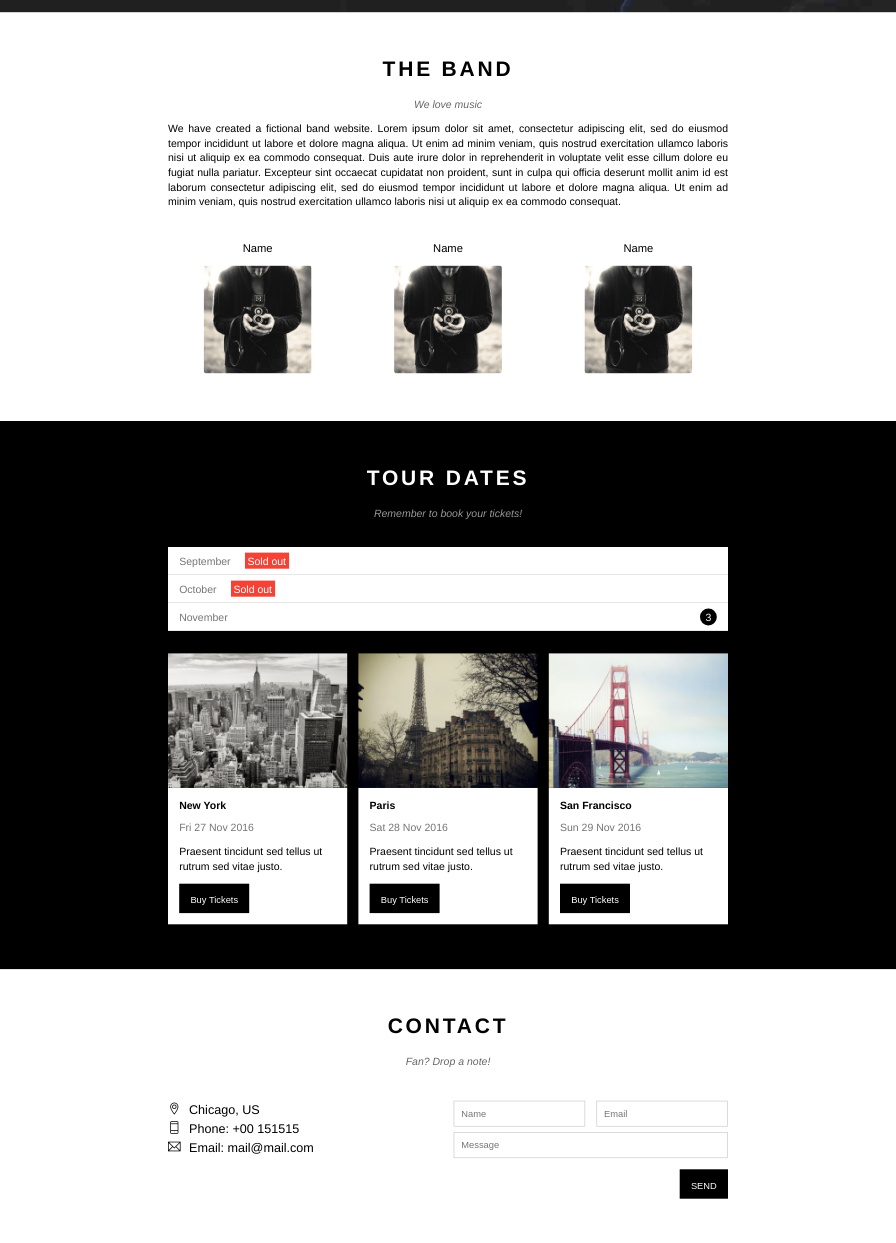
Repository: phongngotrong/w3school_reup
Page: index.html
An editor plug-in stored every save of this project. The page is shown before and after the next save, followed by the edit.
The browser window is 1280 px wide. The pictures show the part of the page from y = 669 to 2589 px (the page is 2445 px tall before and 2589 px after), at 70% of full size.

Above is the page before, as saved 2021-12-24 14:31:16.

### index.html
<!DOCTYPE html>
<html lang="en">
  <head>
    <meta charset="UTF-8" />
    <meta http-equiv="X-UA-Compatible" content="IE=edge" />
    <meta name="viewport" content="width=device-width, initial-scale=1.0" />
    <title>W3.CSS Template</title>
    <link rel="stylesheet" href="./assets/css/style.css" />
    <link rel="stylesheet" href="./assets/fonts/themify-icons/themify-icons.css">
  </head>
  <body>
    <div id="main">
      <div id="header">
        <!--Begin: Nav-->
        <ul id="nav">
          <li><a href="">Home</a></li>
          <li><a href="">Band</a></li>
          <li><a href="">Tour</a></li>
          <li><a href="">Contact</a></li>
          <li>
            <a href="">
              More
              <i class="nav-arrow-down ti-angle-down"></i>
            </a>
            <ul class="subnav">
              <ul>
                <li><a href="">Merchandise</a></li>
                <li><a href="">Extras</a></li>
                <li><a href="">Media</a></li>
              </ul>
            </ul>
          </li>
        </ul>
        <!--End: Nav-->

        <!--Begin: Search-->
        <div class="search-btn">
          <i class="search-icon ti-search"></i>
        </div>
        <!--End: Search-->
      </div>

      <div id="slider">
        <div class="text-content">
          <h2 class="text-heading">Chicago</h2>
          <div class="text-description">
            Thank you, Chicago - A night we won't forget.
          </div>
        </div>
      </div>

      <div id="content">
        <!--content section-->
        <div class="content-section">
          <h2 class="section-heading">THE BAND</h2>
          <p class="section-sub-heading">We love music</p>
          <p class="about-text">
            We have created a fictional band website. Lorem ipsum dolor sit
            amet, consectetur adipiscing elit, sed do eiusmod tempor incididunt
            ut labore et dolore magna aliqua. Ut enim ad minim veniam, quis
            nostrud exercitation ullamco laboris nisi ut aliquip ex ea commodo
            consequat. Duis aute irure dolor in reprehenderit in voluptate velit
            esse cillum dolore eu fugiat nulla pariatur. Excepteur sint occaecat
            cupidatat non proident, sunt in culpa qui officia deserunt mollit
            anim id est laborum consectetur adipiscing elit, sed do eiusmod
            tempor incididunt ut labore et dolore magna aliqua. Ut enim ad minim
            veniam, quis nostrud exercitation ullamco laboris nisi ut aliquip ex
            ea commodo consequat.
          </p>
          <div class="row list-member">
            <!--member1-->
            <div class="col col-third text-center">
              <p class="member-name">Name</p>
              <img
                src="./assets/img/member.jpg"
                alt="Name"
                class="avt-member"
              />
            </div>

            <!--member2-->
            <div class="col col-third text-center">
              <div class="member-name">Name</div>
              <img
                src="./assets/img/member.jpg"
                alt="Name"
                class="avt-member"
              />
            </div>
            <!--member3-->

            <div class="col col-third text-center">
              <div class="member-name">Name</div>
              <img
                src="./assets/img/member.jpg"
                alt="Name"
                class="avt-member"
              />
            </div>
            <!-- <div class="clear"></div> -->
          </div>
        </div>
        <!--tour section-->
        <div class="tour-section">
          <div class="content-section">
            <h2 class="section-heading text-white">TOUR DATES</h2>
            <p class="section-sub-heading text-white">
              Remember to book your tickets!
            </p>
            <!-- tickets -->
            <ul class="tickets-list">
              <li>September <span class="sold-out">Sold out</span></li>
              <li>October <span class="sold-out">Sold out</span></li>
              <li>November <span class="quantity">3</span></li>
            </ul>
            <div class="row places-list">
              <!-- place1 -->
              <div class="col col-third">
                <img
                  src="./assets/img/newyork.jpg"
                  alt="New York"
                  class="place-img"
                />
                <div class="places-body">
                  <h3 class="places-heading">New York</h3>
                  <p class="places-time">Fri 27 Nov 2016</p>
                  <p class="place-description">
                    Praesent tincidunt sed tellus ut rutrum sed vitae justo.
                  </p>
                  <button class="btn js-buy-ticket">Buy Tickets</button>
                </div>
              </div>
              <!-- place2 -->

              <div class="col col-third">
                <img
                  src="./assets/img/paris.jpg"
                  alt="New York"
                  class="place-img"
                />
                <div class="places-body">
                  <h3 class="places-heading">Paris</h3>
                  <p class="places-time">Sat 28 Nov 2016</p>
                  <p class="place-description">
                    Praesent tincidunt sed tellus ut rutrum sed vitae justo.
                  </p>
                  <button class="btn js-buy-ticket">Buy Tickets</button>
                </div>
              </div>
              <!-- place3 -->

              <div class="col col-third">
                <img
                  src="./assets/img/sanfran.jpg"
                  alt="New York"
                  class="place-img"
                />
                <div class="places-body">
                  <h3 class="places-heading">San Francisco</h3>
                  <p class="places-time">Sun 29 Nov 2016</p>
                  <p class="place-description">
                    Praesent tincidunt sed tellus ut rutrum sed vitae justo.
                  </p>
                  <button class="btn js-buy-ticket">Buy Tickets</button>
                </div>
              </div>
              <!-- <div class="clear"></div> -->
            </div>
          </div>
        </div>

        <!--contact section-->
        <div class="content-section">
          <h2 class="section-heading">CONTACT</h2>
          <p class="section-sub-heading">Fan? Drop a note!</p>

          <div class="row contact-content">
            <div class="col col-half contact-info">
              <p><i class="ti-location-pin"></i>Chicago, US</p>
              <p><i class="ti-mobile"></i>Phone: +00 151515</p>
              <p><i class="ti-email"></i>Email: mail@mail.com</p>
            </div>
            <div class="col col-half contact-form">
              <form action="">
                <div class="row">
                  <div class="col col-half">
                      <input type="text" name="" required placeholder="Name" id="" class="form-control">
                  </div>
                  <div class="col col-half">
                    <input type="email" name="" required placeholder="Email" id="" class="form-control">
                </div>
                </div>
                <div class="row mt-8">
                  <div class="col col-full">
                    <input type="text" name="" required placeholder="Message" id="" class="form-control">
                </div>
                </div>
                <input class="btn pull-right mt-16" type="submit" value="SEND">
              </form>
            </div>
          </div>
        </div>
      </div>

      <div id="footer"></div>
    </div>

    <div class="modal js-modal">
      <div class="modal-container js-modal-container">
        <div class="modal-close js-modal-close">
          <i class="ti-close"></i>
        </div>
        <header class="modal-header">
          <i class="icon-ti-bag-header ti-bag"></i>
          Tickets
        </header>

        <div class="modal-body">
          <label for="tickets-quantity" class="modal-label">
            <i class="ti-shopping-cart"></i>
            Tickets, $15 per person
          </label>
          <input
            id="tickets-quantity"
            type="text"
            class="modal-input"
            placeholder="How many?"
          />

          <label for="tickets-email" class="modal-label">
            <i class="ti-user"></i>
            Send To
          </label>
          <input
            id="tickets-email"
            type="email"
            class="modal-input"
            placeholder="Enter email "
          />

          <button id="buy-tickets">
            PAY<i class="icon-ti-check-footer ti-check"></i>
          </button>
        </div>

        <footer class="modal-footer">
          <p class="modal-help">Need <a href="">help?</a></p>
        </footer>
      </div>
    </div>

    <script>
      const buyBtns = document.querySelectorAll('.js-buy-ticket')
      const modal = document.querySelector('.js-modal')
      const modalContainer = document.querySelector('.js-modal-container')
      const modalClose = document.querySelector('.js-modal-close')

      // hàm hiển thị modal mua vé(thêm class open vào modal)
      function showBuyTickets() {
        modal.classList.add('open')
      }

      // hàm ẩn modal mua vé(gỡ bỏ class open của modal)
      function hideBuyTickets() {
        modal.classList.remove('open')
      }

      // lặp qua từng thẻ button và nghe hành vi click
      for(const buyBtn of buyBtns) {
        buyBtn.addEventListener('click', showBuyTickets)
      }

      // nghe hành vi click vào button close
      modalClose.addEventListener('click', hideBuyTickets)

      modal.addEventListener('click', hideBuyTickets)

      modalContainer.addEventListener('click', function(event){
        event.stopPropagation()
      })

    </script>
  </body>
</html>

### assets/css/style.css
/* Reset CSS */

* {
  padding: 0;
  margin: 0;
  box-sizing: border-box;
}

html {
  font-family: Helvetica, Arial, sans-serif;
}
/*
  -Từ trên xuống dưới
  -Từ ngoài vào trong
  -Tổng quan đến chi tiết
  */

/*
  1. Vi tri
  2. Kich thuoc
  3. Mau sac
  4. Kieu dang (kieu chu, hinh tron, vuong...)
  */

/* Common */
.text-center {
  text-align: center !important;
}

.row {
  margin-left: -8px;
  margin-right: -8px;
}

/* Tạo element giả */
.row::after {
  content: "";
  display: block;
  clear: both;
}
/*.................*/

.col {
  float: left;
  padding-left: 8px;
  padding-right: 8px;
}

.col-full {
  width: 100%;
}

.col-half {
  width: 50%;
}

.col-third {
  width: 33.33333%;
}

.pull-right {
  float: right;
}

.btn {
  background-color: #000;
  color: #fff;
  text-decoration: none;
  display: inline-block;
  padding: 11px 16px;
  margin-top: 15px;
  padding-top: 16px;
  cursor: pointer;
  border: none;
}

.btn:hover {
  background-color: #ccc;
  color: #000;
}

.mt-8 {
  margin-top: 8px !important;
}

.mt-16 {
  margin-top: 16px !important;
}

.clear {
  clear: both;
}

/* .row::after {
    clear: both;
    display: block;
    content: "";
  } */

.text-white {
  color: #fff !important;
}

/* Main */
#main {
}

#header {
  position: fixed;
  top: 0;
  left: 0;
  right: 0;
  height: 46px;
  background-color: #000;
  z-index: 1;
}

#nav {
  display: inline-block;
}

li {
  list-style-type: none;
}

#nav > li {
  display: inline-block;
}

#nav li {
  position: relative;
}

#nav > li > a {
  color: #fff;
  text-transform: uppercase;
}

#nav li a {
  text-decoration: none;
  line-height: 46px;
  padding: 0 24px;
  display: block;
}

#nav li:hover .subnav {
  display: block;
}

#nav > li:hover > a,
#nav .subnav li:hover a {
  color: #000;
  background-color: #ccc;
}

#nav .subnav {
  display: none;
  min-width: 160px;
  position: absolute;
  background-color: #fff;
  box-shadow: 0 0 10px rgba(0, 0, 0, 0.3);
}

#nav .subnav a {
  color: #000;
  padding: 0 12px;
  line-height: 38px;
}

#nav .nav-arrow-down {
  font-size: 12px;
}

#header .search-btn {
  float: right;
  padding: 0 20px;
  cursor: pointer;
}

#header .search-btn:hover {
  background-color: #f44336;
}

#header .search-icon {
  color: #fff;
  font-size: 20px;
  line-height: 46px;
}

#slider {
  position: relative;
  margin-top: 46px;
  padding-top: 50%;
  background: url("/assets/img/slider.jpg") top center / cover no-repeat;
}

#slider .text-content {
  position: absolute;
  bottom: 47px;
  color: #fff;
  width: 100%;
  text-align: center;
}

#slider .text-heading {
  font-weight: 500;
  font-size: 24px;
}

#slider .text-description {
  font-size: 15px;
  margin-top: 25px;
}

#content {
}

#content .content-section {
  width: 800px;
  padding: 64px 0;
  margin-right: auto;
  margin-left: auto;
}

#content .section-heading {
  text-align: center;
  font-size: 30px;
  letter-spacing: 4px;
}

#content .section-sub-heading {
  font-size: 15px;
  text-align: center;
  margin-top: 25px;
  font-style: italic;
  opacity: 0.6;
}

#content .about-text {
  font-size: 15px;
  margin-top: 15px;
  text-align: justify;
  line-height: 1.4;
}

#content .member-name {
  font-size: 16px;
}

#content .list-member {
  margin-top: 48px;
  /* margin-bottom: 48px;
    overflow: hidden;  */
}

/* #content .item-member {
    float: left;
    width: 33.33333%;
    text-align: center;
  } */

#content .avt-member {
  margin-top: 15px;
  width: 154px;
  border-radius: 4px;
}

/* tour section */
.tour-section {
  background-color: #000;
}
.tickets-list {
  background-color: #fff;
  margin-top: 40px;
  list-style: none;
}

.tickets-list li {
  color: #757575;
  font-size: 15px;
  padding: 11px 16px;
  border-bottom: 1px solid #ddd;
}

.tickets-list .sold-out {
  background-color: #f44336;
  color: #fff;
  padding: 3px 4px;
  margin-left: 16px;
}

.tickets-list .quantity {
  float: right;
  width: 24px;
  height: 24px;
  background-color: #000;
  color: #fff;
  border-radius: 50%;
  line-height: 24px;
  text-align: center;
  margin-top: -3px;
}

/* Places */
.places-list {
  margin-top: 32px;
}

/* .places-item {
    float: left;
    width: 33.33333%;
    padding: 0 8px;
  } */

.place-img {
  width: 100%;
  display: block;
}

.place-img:hover {
  opacity: 0.6;
}

.places-body {
  padding: 16px;
  font-size: 15px;
  background-color: #fff;
}

.places-heading {
  font-size: 15px;
}

.places-time {
  padding-top: 15px;
  color: #757575;
}

.place-description {
  padding-top: 15px;
  line-height: 1.4;
}

.modal {
  position: fixed;
  top: 0;
  bottom: 0;
  right: 0;
  left: 0;
  background-color: rgba(0, 0, 0, 0.4);
  display: none;
  align-items: center;
  justify-content: center;
}

.modal.open {
  display: flex;
}

.modal-container {
  background-color: #fff;
  width: 900px;
  min-height: 200px;
  position: relative;
  max-width: calc(100% -32px);
  animation: modalFadeIn ease 0.4s;
}

.modal-header {
  background-color: #009688;
  color: #fff;
  height: 130px;
  font-size: 30px;
  display: flex;
  align-items: center;
  justify-content: center;
  letter-spacing: 4px;
}

.modal-close:hover {
  background-color: #ccc;
  color: #000;
}

.modal-close {
  position: absolute;
  right: 0;
  top: 0;
  padding: 16px;
  font-size: 12px;
  color: #fff;
  cursor: pointer;
}

.icon-ti-bag-header {
  margin-right: 16px;
}

.modal-body {
  padding: 16px;
}

.modal-label {
  display: block;
  font-size: 15px;
  margin-bottom: 12px;
}

.modal-input {
  border: 1px solid #ccc;
  width: 100%;
  padding: 10px;
  font-size: 15px;
  margin-bottom: 24px;
}

#buy-tickets:hover {
  background-color: #ccc;
  color: #000;
}

#buy-tickets {
  background-color: #009688;
  width: 100%;
  padding: 18px;
  color: #fff;
  border: none;
  text-transform: uppercase;
  font-size: 15px;
  cursor: pointer;
}

.modal-footer {
  padding: 16px;
  text-align: right;
}

.modal-footer a {
  color: #2196f3;
}

/* Contact */
.contact-content {
  margin-top: 48px;
}

.contact-info {
  font-size: 18px;
  line-height: 1.5;
}

.contact-info i[class*="ti-"] {
  width: 30px;
  display: inline-block;
}

.contact-form {
  font-size: 15px;
}

.contact-form .form-control {
  padding: 10px;
  border: 1px solid #ccc;
  width: 100%;
}

/* .contact-form .form-submit-btn {
  background: #000;
  color: #fff;
  border: 1px solid #000;
  padding: 10px 16px;
  float: right;
} */

/* .form-submit-btn:hover {
  background: #ccc;
  color: #000;
  border: none;
  cursor: pointer;
} */

/* footer section */

#footer {
}

/* Tạo hoạt ảnh  */
@keyframes modalFadeIn {
  from {
    opacity: 0;
    transform: translateY(-140px);
  }
  to {
    opacity: 1;
    transform: translateY(0);
  }
}

Loaded but not shown: assets/fonts/themify-icons/themify-icons.css (common file)

After the next save:
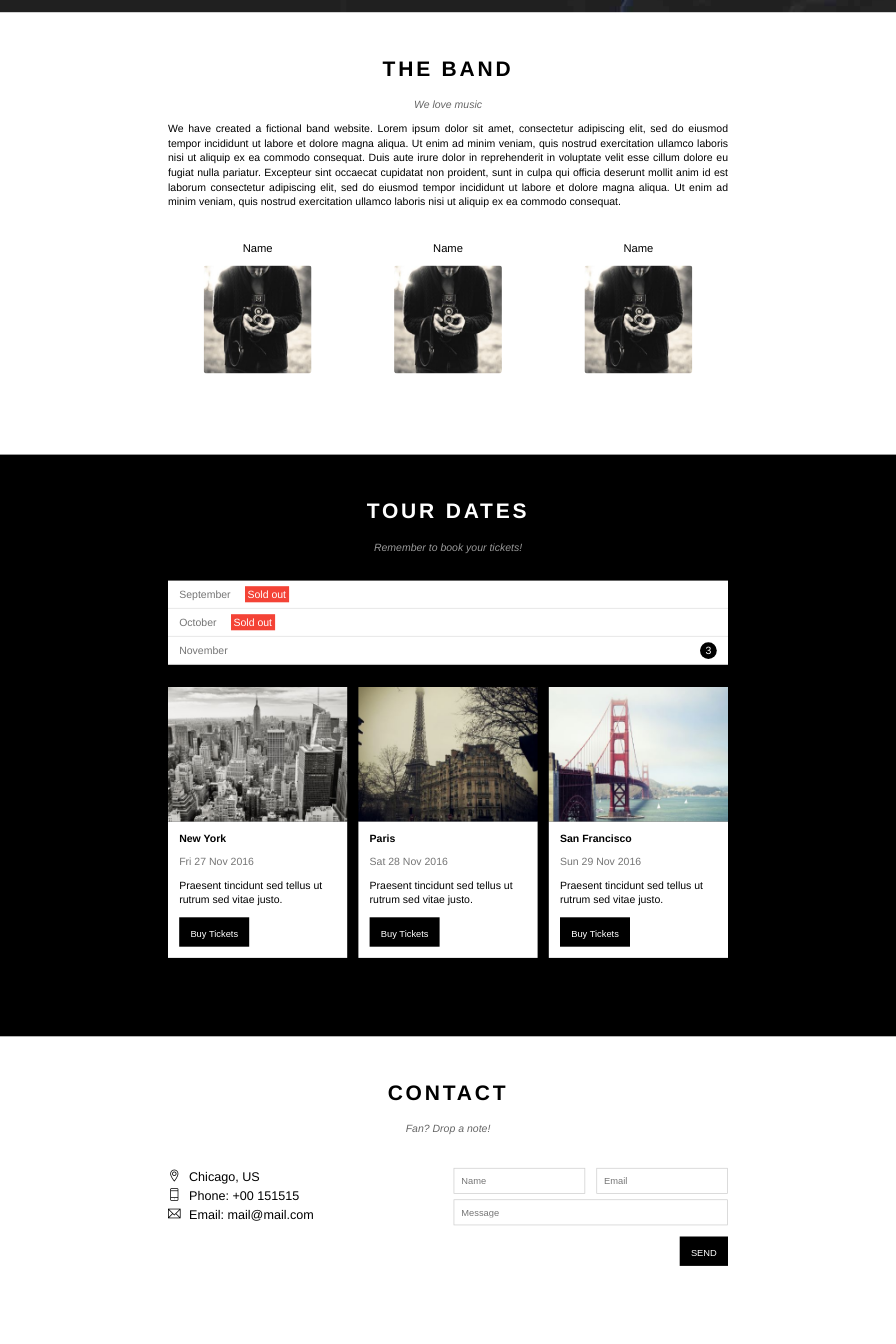
Saved 28 s later.
--- a/assets/css/style.css
+++ b/assets/css/style.css
@@ -217,7 +217,7 @@
 
 #content .content-section {
   width: 800px;
-  padding: 64px 0;
+  padding: 64px 0 112px;
   margin-right: auto;
   margin-left: auto;
 }
